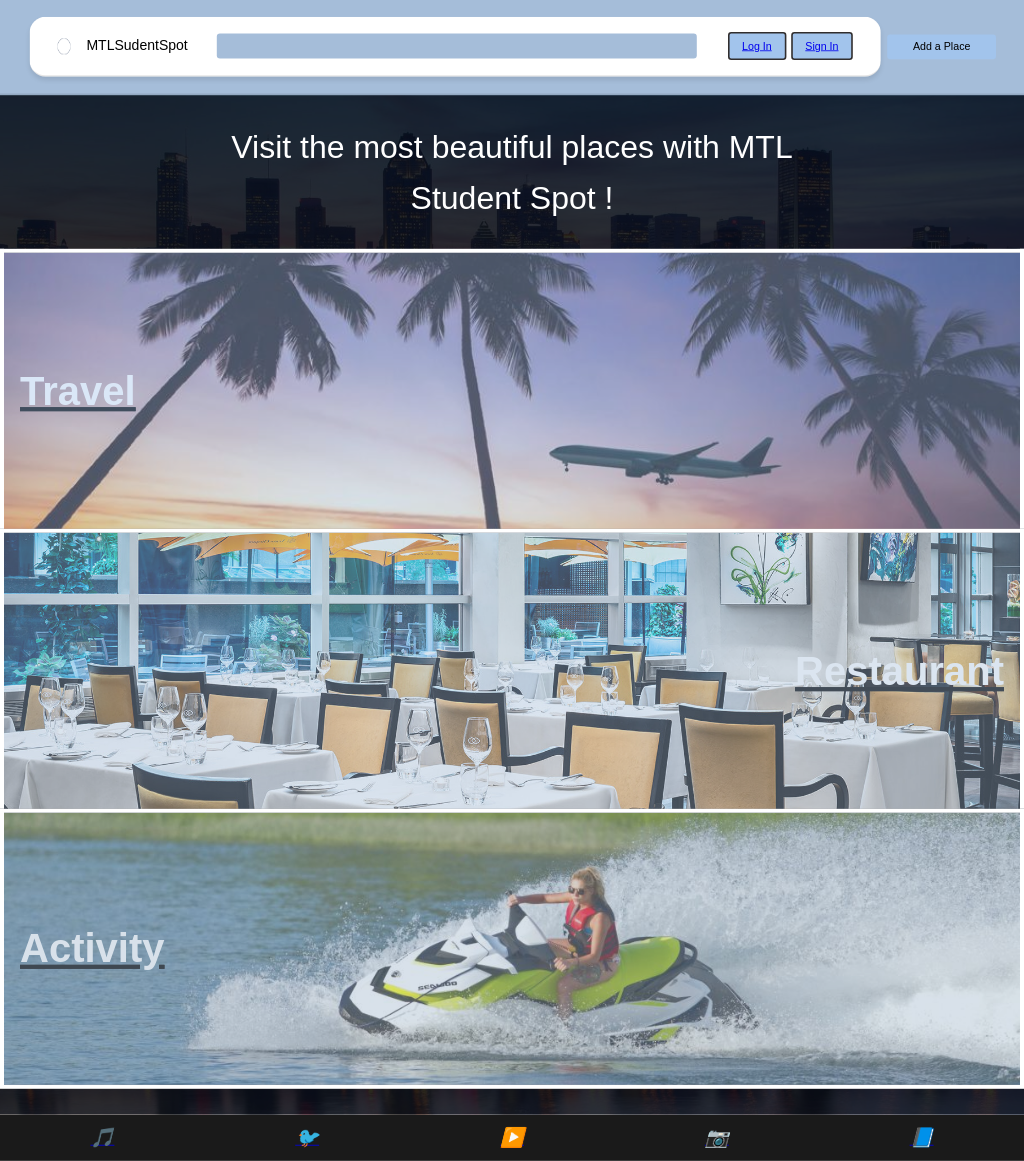
Repository: KevMn6ix/MOD8-2232-GRA-Damois-Leroi--Morant-Munto
Page: / (app in client/)
The author's editor kept a copy of each file at every save. The page is drawn from the files as they stood at one save, then again after the next save.
The browser window is 1280 px wide. The pictures show the whole page, at 80% of full size.
The project was rebuilt for these pictures with package versions that can differ from the ones it lists, and the page was loaded fresh each time. Also part of the build but not shown: client/vite.config.js, client/src/components/HelloWorld.vue, client/src/services/Api.js, client/src/services/AuthentificationService.js, client/src/components/Login.vue, client/src/views/LoginPage.vue, client/src/components/PlaceItem.vue, client/src/components/PlaceList.vue.

Above is the page before, as saved 2023-10-18 13:03:48.

After the next save:
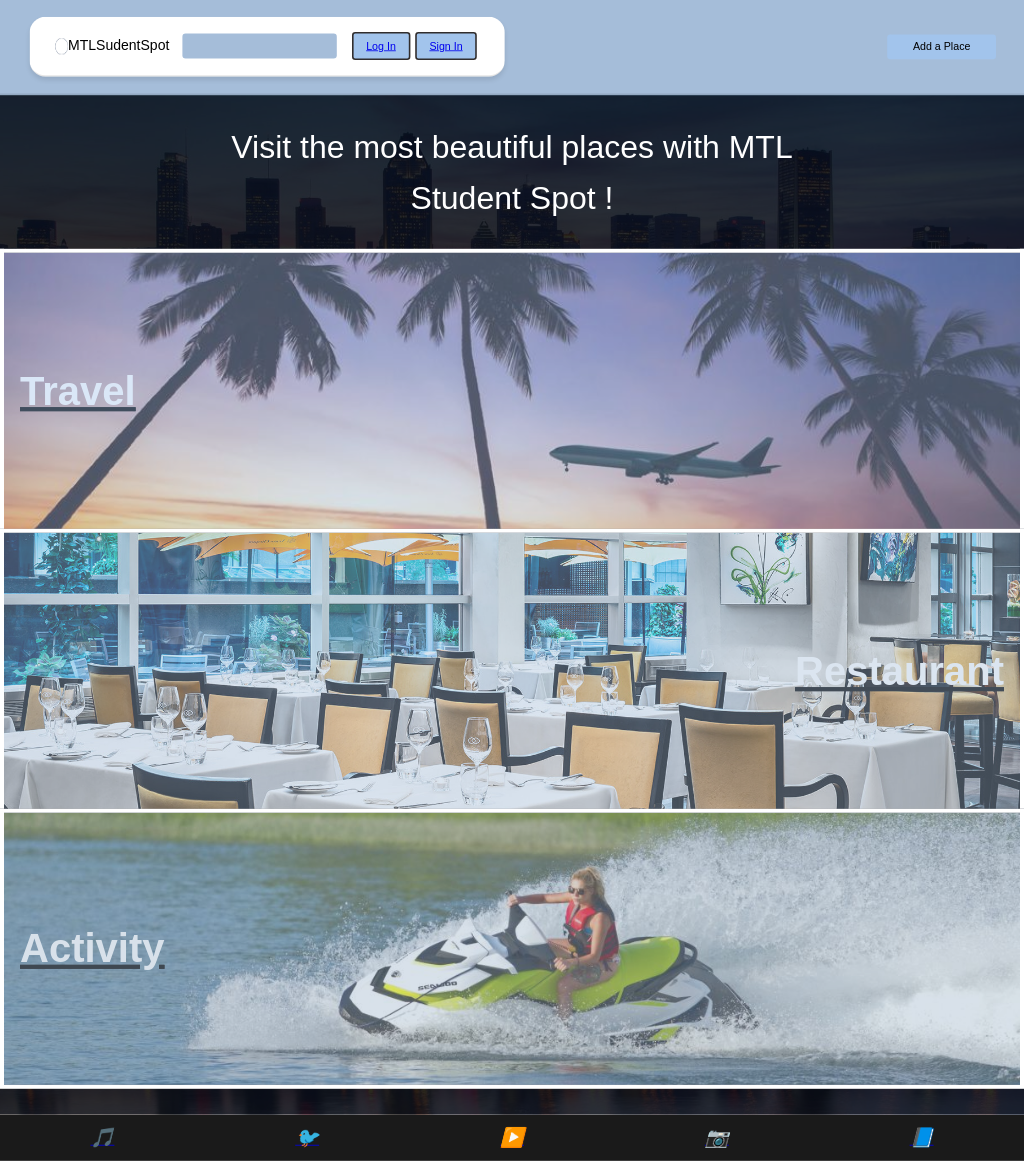
Saved 4 min 6 s later.
--- a/client/src/components/BarOutsideHome.vue
+++ b/client/src/components/BarOutsideHome.vue
@@ -32,27 +32,48 @@ function sendUserInput() {
 <div id="sub-header">
 <TheSubHeader/></div>
 </template>
-<style>
+<style scoped>
 nav {
     display: flex;
-    flex-wrap: wrap;
-    justify-content: space-around;
+    justify-content: space-between;
     align-items: center;
-    padding: 0;
-    margin: 0;
-    align-items: center;
-    flex-grow: 3;
-    min-width: 178px;
-    gap: 20px;
+    padding: 1rem 2rem;
+    background-color: var(--color-background-header);
+    color: var(--text-color-default);
+    box-shadow: 0 4px 6px rgba(0, 0, 0, 0.1);
+    border-bottom: 2px solid rgba(0, 0, 0, 0.1);
 }
+
+button {
+    background-color: var(--color-background-travel);
+    color: #FFF;
+    border: none;
+    padding: 0.5rem 1rem;
+    border-radius: 0.25rem;
+    cursor: pointer;
+    transition: background-color 0.3s ease;
+}
+
+button:hover {
+    background-color: #7faedc;
+}
+
 img {
-    margin-left: 3px;
     height: 20px;
     width: 16px;
+    margin-left: 3px;
 }
+
 input {
     flex-grow: 3;
+    padding: 0.5rem;
+    border: none;
+    border-radius: 0.25rem;
+    background-color: var(--color-background-default);
+    color: var(--text-color-default);
+    margin: 0 1rem;
 }
+
 #sub-header {
     text-align: center;
 }
